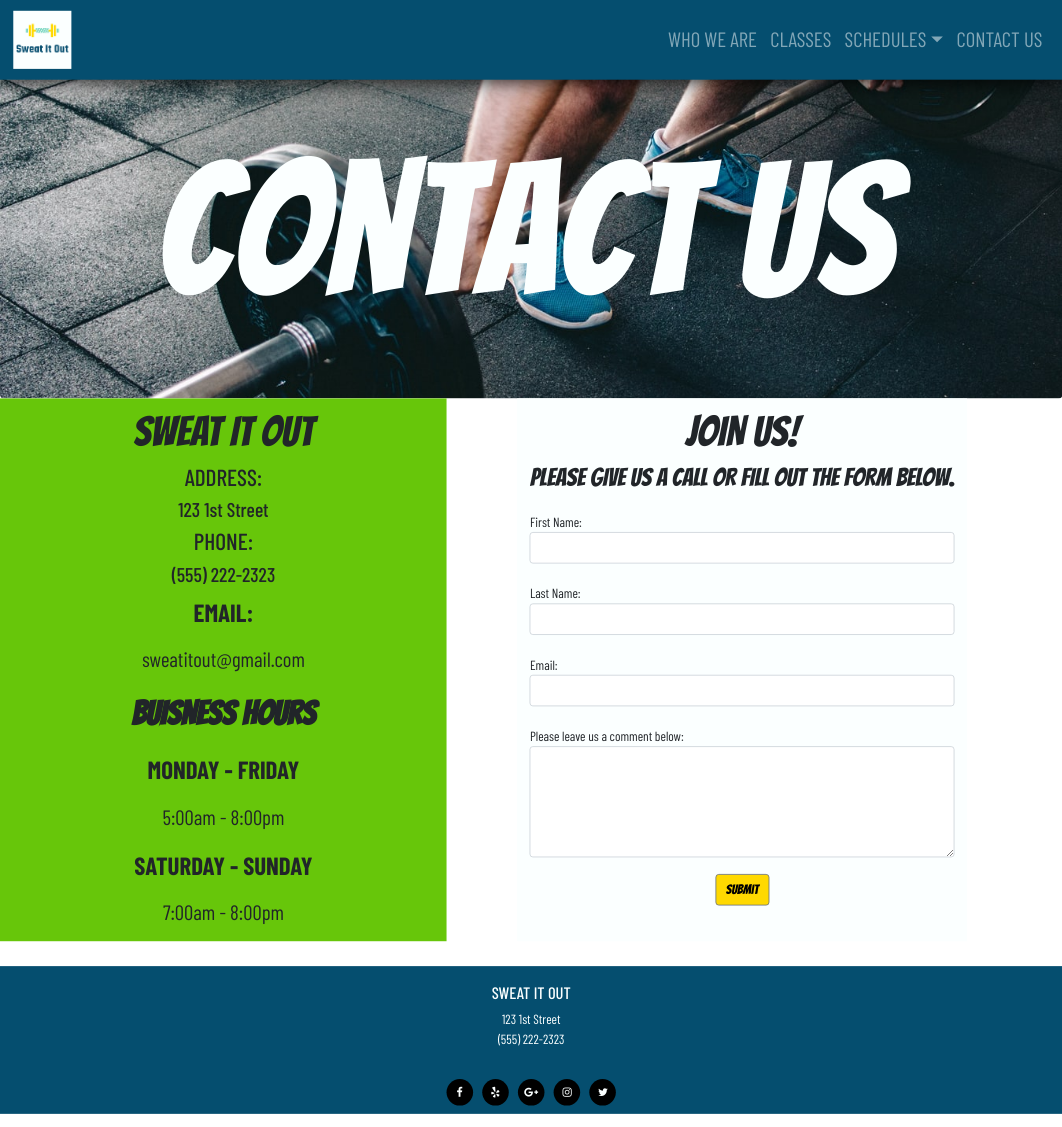
Repository: amybru/sweatitout
Page: contact.html
The author's editor kept a record of every edit. The page is drawn from the files as they stood at one moment, then again after the next edit.
The browser window is 1280 px wide. The pictures show the whole page, at 83% of full size.
Some web fonts or font styles are not loaded; a fallback is used. Some web libraries are served in a nearby version.

Above is the page before.

### contact.html
<!DOCTYPE html>
<html lang="en">
   <head>
      <meta charset="utf-8">
      <meta name="viewport" content="width=device-width, initial-scale=1.0">
      <link rel="stylesheet" href="https://maxcdn.bootstrapcdn.com/bootstrap/4.2.1/css/bootstrap.min.css" type="text/css" />
      <link rel="stylesheet" href="https://maxcdn.bootstrapcdn.com/font-awesome/4.7.0/css/font-awesome.min.css" type="text/css" />
      <link href="https://fonts.googleapis.com/css?family=Bangers|Barlow+Condensed:200,300,400,500,700&display=swap" rel="stylesheet">
      <link rel="stylesheet" type="text/css" href="css/style.css">
      <title>Gym</title>
   </head>
   <body>

      <!--Navbar-->
      <header>
         <nav class="navbar navbar-expand-lg navbar-dark bg-default fixed-top">
            <a class="navbar-brand" href="index.html">
            <img src="./img/logo.png" width="70" height="70" alt="logo">
            </a>
            <button class="navbar-toggler" type="button" data-toggle="collapse" data-target="#navbarNavDropdown" aria-controls="navbarNavDropdown" aria-expanded="false" aria-label="Toggle navigation">
            <span class="navbar-toggler-icon"></span>
            </button>
            <div class="collapse navbar-collapse" id="navbarNavDropdown">
               <ul class="navbar-nav ml-auto">
                  <li class="nav-item">
                     <a class="nav-link uppercase" href="about.html">Who We Are</a>
                  </li>
                  <li class="nav-item">
                     <a class="nav-link uppercase" href="classes.html">Classes</a>
                  </li>
                  <li class="nav-item dropdown d-none d-lg-block">
                     <a class="nav-link dropdown-toggle uppercase" href="#" id="navbarDropdownMenuLink" role="button" data-toggle="dropdown" aria-haspopup="true" aria-expanded="false">Schedules</a>
                     <div class="dropdown-menu" aria-labelledby="navbarDropdownMenuLink">
                        <a class="dropdown-item uppercase" href="./img/2018schedule.pdf" target="_blank">2018 Schedule</a>
                        <a class="dropdown-item uppercase" href="./img/2019schedule.pdf" target="_blank">2019 Schedule</a>
                        <a class="dropdown-item uppercase" href="./img/2019schedule.pdf" target="_blank">2020 Schedule</a>
                     </div>
                  </li>
                  <li class="nav-item">
                     <a class="nav-link uppercase" href="contact.html">Contact Us</a>
                  </li>
               </ul>
            </div>
         </nav>
      </header>

      <!--Jumbotron contact us page-->
      <section class="jumbotron" id="contact-view">
         <div class="row">
            <div class="col">
               <section class="callout">
                  <h2 class="gym-name">Contact Us</h2>
               </section>
            </div>
         </div>
      </section>

      <!--Buisness Details-->
      <section class="container-fluid">
         <div class="row">
            <div class="column left col">
               <div class="contact-info-item">
                  <div class="key">
                     <h2 class="uppercase contact-gym-name">
                        SWEAT IT OUT
                     </h2>
                  </div>
               </div>
               <div class="contact-info-item">
                  <div class="key">
                     <h3 class="uppercase">
                        Address:
                     </h3>
                  </div>
                  <div class="value">
                     <h4>
                        123 1st Street
                     </h4>
                  </div>
               </div>
               <div class="contact-info-item">
                  <div class="key">
                     <h3 class="uppercase">
                        Phone:
                     </h3>
                  </div>
                  <div class="value">
                     <h4>
                        (555) 222-2323
                     </h4>
                  </div>
               </div>
               <div class="contact-info-item">
                  <div class="key">
                     <p class="uppercase">
                        Email:
                     </p>
                  </div>
                  <div class="value">
                     <p>
                        sweatitout@gmail.com
                     </p>
                  </div>
               </div>
               <div class="buisness-info-item">
                  <div class="key">
                     <p class="uppercase contact-gym-hours">
                        Buisness Hours
                     </p>
                  </div>
                  <div class="buisness-info-item">
                     <div class="key">
                        <p class="uppercase">
                           Monday - Friday
                        </p>
                     </div>
                     <div class="value">
                        <p>
                           5:00am - 8:00pm
                        </p>
                     </div>
                  </div>
                  <div class="buisness-info-item">
                     <div class="key">
                        <p class="uppercase">
                           Saturday - Sunday
                        </p>
                     </div>
                     <div class="value">
                        <p>
                           7:00am - 8:00pm
                        </p>
                     </div>
                  </div>
               </div>
            </div>

            <!--Contact Form-->
            <div class="row contact-form">
               <div class="column right col">
                  <h3 class="contact-heading uppercase text-center">Join Us!</h3>
                  <h5 class="uppercase text-center">Please give us a call or fill out the form below.</h5>
                  <div class="center-form">
                     <form>
                        First Name:<br>
                        <input type="text" name="name" id="firstname" class="form-control" required />
                        <br> Last Name:<br>
                        <input type="text" name="name" id="lastname" class="form-control" required />
                        <br> Email:
                        <br>
                        <input type="email" name="email" id="emailaddress" class="form-control" required />
                        <br> Please leave us a comment below:<br>
                        <textarea rows="5" name="comment" id="comment" class="form-control" required></textarea>
                        <div class="form-row text-center">
                           <div class="col">
                              <button type="submit" class="btn btn-secondary btn-contact">Submit</button>
                           </div>
                        </div>
                     </form>
                  </div>
               </div>
            </div>
         </div>
      </section>

       <!--Footer-->
    <footer class="footer container-fluid" id="footer">
        <div>
            <div id="footer-details">
                <h5 class="footer-name uppercase">SWEAT IT OUT</h5>
                <p class="block">123 1st Street<br> (555) 222-2323</p>
            </div>
            <div class="footer-social">
                <ul class="list-inline social-links">
                    <li class="list-inline-item">
                        <a target="_blank" href="https://www.facebook.com/">
                     <i class="fa fa-facebook" aria-hidden="true"></i>
                     <span class="sr-only">Facebook</span>
                     </a>
                    </li>
                    <li class="list-inline-item">
                        <a target="_blank" href="https://www.yelp.com/">
                     <i class="fa fa-yelp" aria-hidden="true"></i>
                     <span class="sr-only">Yelp</span>
                     </a>
                    </li>
                    <li class="list-inline-item">
                        <a target="_blank" href="https://www.google.com/">
                     <i class="fa fa-google-plus" aria-hidden="true"></i>
                     <span class="sr-only">Google+</span>
                     </a>
                    </li>
                    <li class="list-inline-item">
                        <a target="_blank" href="https://www.instagram.com/">
                     <i class="fa fa-instagram" aria-hidden="true"></i>
                     <span class="sr-only">Instagram</span>
                     </a>
                    </li>
                    <li class="list-inline-item">
                        <a target="_blank" href="https://twitter.com/?lang=en">
                     <i class="fa fa-twitter" aria-hidden="true"></i>
                     <span class="sr-only">Twitter</span>
                     </a>
                    </li>
                </ul>
            </div>
        </div>
    </footer>
   </body>
   <script src="https://code.jquery.com/jquery-3.3.1.slim.min.js" integrity="sha384-q8i/X+965DzO0rT7abK41JStQIAqVgRVzpbzo5smXKp4YfRvH+8abtTE1Pi6jizo" crossorigin="anonymous"></script>
   <script src="https://cdnjs.cloudflare.com/ajax/libs/popper.js/1.14.7/umd/popper.min.js" integrity="sha384-UO2eT0CpHqdSJQ6hJty5KVphtPhzWj9WO1clHTMGa3JDZwrnQq4sF86dIHNDz0W1" crossorigin="anonymous"></script>
   <script src="https://stackpath.bootstrapcdn.com/bootstrap/4.3.1/js/bootstrap.min.js" integrity="sha384-JjSmVgyd0p3pXB1rRibZUAYoIIy6OrQ6VrjIEaFf/nJGzIxFDsf4x0xIM+B07jRM" crossorigin="anonymous"></script>
</html>

### css/style.css
/* ----------------------------------------General */

body {
    font-family: 'Barlow Condensed', sans-serif;
    font-size: 400;
    margin-top: 80px;
}

h1 {
    font-family: 'Bangers', sans-serif;
}

.card-button {
    display: block;
    max-width: 300px;
    margin: auto;
    font-family: 'Bangers', sans-serif;
    font-weight: bold;
    border-radius: 23px;
    width: 160px;
    margin-top: 20px;
    background-color: #054e6f;
    color: #fbffff;
}

.card-button:hover {
    background-color: #ffd900;
    color: #fbffff;
}

.reviewb {
    background-color: #054e6f;
    color: #fbffff;
    border-radius: 23px;
    font-family: 'Bangers', sans-serif;
}

.reviewb:hover {
    background-color: #67c60a;
    color: #fbffff;
}

.modalbtn {
    color: #054e6f;
    background-color: #ffd900;
    border-color: #f05f40;
    border-radius: 23px;
    font-family: 'Bangers', sans-serif;
}

.landingbutton {
    color: #054e6f;
    background-color: #ffd900;
    border-radius: 23px;
    border-color: #054e6f;
    font-family: 'Bangers', sans-serif;
}

.landingbutton:hover {
    color: #ffd900;
    background-color: #054e6f;
}

.free-button {
    display: block;
    max-width: 500px;
    margin: auto;
    font-family: 'Bangers', sans-serif;
    font-weight: bold;
    border-radius: 23px;
    width: 300px;
    margin-top: 40px;
    background-color: #054e6f;
    color: #fbffff;
}

.free-button:hover {
    background-color: #67c60a;
    color: #fbffff;
}

.btn-contact[type="submit"] {
    margin-top: 20px;
    margin-bottom: 30px;
    color: #000;
    background-color: #ffd900;
    font-family: 'Bangers', sans-serif;
}

.btn-contact:hover {
    color: #ffd900;
    background-color: #000;
}

.uppercase {
    text-transform: uppercase;
}

/* ----------------------------------------Navbar*/

nav {
    background-color: #054e6f;
    position: fixed;
    top: 0;
    left: 0;
    right: 0;
    display: flex;
    box-shadow: 0 0 25px 0 #000;
    z-index: 1;
}


.navbar-brand {
    width: 80px;
    height: 80px;
    transition: transform .2s;
}

.navbar-brand:hover {
    transform: scale(1.25);
}

.navbar-nav li a {
    text-decoration: none;
    color: #fbffff;
    font-size: 25px;
    border-radius: 23px;
    text-align: right;
    transition-property: background-color;
    transition-duration: .5s;
    transition-timing-function: ease-in-out;
}

.navbar-nav li a:hover {
    color: #054e6f;
    background-color: #fbffff;
    border-radius: 23px;
}

.dropdown-menu {
    background-color: #ffd900;
    color: #054e6f;
    position: relative;
}

.dropdown-item {
    background-color: #ffd900;
    color: #054e6f;
    border-radius: 23px;
}

.dropdown-item:hover {
    color: #054e6f;
    background-color: #fbffff;
    transition-property: background-color;
    transition-duration: .5s;
    transition-timing-function: ease-in-out;
}

/* ---------------------------------------Jumbotrons */

.jumbotron {
    height: 22em;
    display: flex;
    justify-content: center;
    text-align: center;
    position: relative;
    margin-bottom: 0;
}

.jumbotron h2 {
     font-family: 'Bangers', sans-serif;
}

#landing-view {
    background-image: url("../img/fit.jpg");
    max-height: 450px;
    background-position: center;
    background-repeat: no-repeat;
    background-size: cover;
    text-align: center;
    font-size: 2vw;
    color: #fbffff;
}

#about-view {
    background-image: url("../img/sweatitoutgym.jpg");
    max-height: 450px;
    background-position: center;
    background-repeat: no-repeat;
    background-size: cover;
    text-align: center;

    font-size: 2.5vw;
    color: #fbffff;
}

#classes-view {
    background-image: url("../img/workout.jpg");
    max-height: 450px;
    background-position: center;
    background-repeat: no-repeat;
    background-size: cover;
    text-align: center;

    font-size: 2.5vw;
    color: #fbffff;
}

#contact-view {
    background-image: url("../img/gymfour.jpg");
    max-height: 400px;
    background-position: center;
    background-repeat: no-repeat;
    background-size: cover;
    text-align: center;

    font-size: 2.5vw;
    color: #fbffff;
}

/* ----------------------------------------Footer */


footer {
    background-color: #054e6f;
    color: #fbffff;
    text-align: center;
     min-height: 130px;
     margin-bottom: 0;
}

.social-links {
    padding-bottom: 10px;
}

.social-links li a i {
    width: 32px;
    height: 32px;
    padding: 12px 0;
    border-radius: 50%;
    font-size: 13px;
    line-height: 7px;
    text-align: center;
    color: #fbffff;
    background: #000;
    transition: all 0.35s ease-in-out;
    -moz-transition: all 0.35s ease-in-out;
    -webkit-transition: all 0.35s ease-in-out;
    -o-transition: all 0.35s ease-in-out;
}

.social-links li a i:hover {
    background-color: #ffd900;
}

#footer-details {
    padding: 20px;
}

.navbar-toggler {
    color: #fbffff;
}

/* ----------------------------------------Home page styles */

.bg-color-about-landing {
    background-color: #fbffff;
    padding-top: 10px;
    margin-top: 10px;
    margin-bottom: 35px;
}

.bg-color-services-landing {
    background-color: #7bd7c2;
    padding: 40px;
}

.about-landing-page h3 {
    font-size: 60px;
    font-family: 'Bangers', sans-serif;
}

.about-landing-page p {
    font-size: 30px;
}

.gym-name {
    font-size: 7em;
}

.card-main {
    margin: 20px 10px;
    transition: transform .2s;
}

.card-main:hover {
    transform: scale(1.25);
}

.card-title {
    font-family: 'Bangers', sans-serif;
}

.review {
     background-color: #ffd900;
     margin: 0;
     padding-top: 15px;
     padding-bottom: 20px;
}

#reviews {
    font-family: 'Bangers', sans-serif;
    font-size: 40px;
}

/* ----------------------------------------About Page styles */

.about-about h4 {
    color: #fbffff;
     font-size: 35px;
}

.about-about p {
    font-size: 35px;
}

.services-page{
    justify-content: center;
}

.about-gallery {
    background-color: #7bd6c2;
    padding: 20px;
    margin: 0;
}

.about-gallery .flex {
    display: flex;
    padding: 30px;
}

.about-gallery h2 {
    margin-bottom: 40px;
    font-family: 'Bangers', sans-serif;
    font-size: 55px;
    padding-top: 20px;
    padding-left: 30px;
}

.about-gallery h3 {
    font-weight: 400;
    width: 100%;
    font-size: 32px;
    font-family: 'Bangers', sans-serif;
    line-height: 1;
}

.about-gallery p {
    font-weight: 400;
    margin-top: 5px;
    font-size: 18px;
    max-width: 600px;
    text-align: justify;
}

.about-gallery .photo {
    width: 208px;
    height: 211px;
    border-radius: 50%;
    position: relative;
    margin-right: 5px;
}

.about-gallery .border {
    border: 5px solid #fbffff;
}

.instructor-details {
    padding-left: 30px;
    padding-right: 100px;
}


.about-skills {
    background-color: #054e6f;
    padding-top: 20px;
    padding-bottom: 20px;
    margin: 0;
}

.about-skills h3 {
    font-family: 'Bangers', sans-serif;
    font-size: 60px;
    text-align: center;
    color: #fff;
}

.about-skills h4 {
    font-family: 'Bangers', sans-serif;
    font-size: 30px;
    color: #ffd900;
}

.about-skills p {
    margin-bottom: 0;
    padding: 0;
    text-align: right;
    color: #fbffff;
}

.about-signup {
    background-color: #ffd900;
    text-align: center;
    padding-top: 50px;
    padding-bottom: 20px;
}

.about-signup h3 {
    font-family: 'Bangers', sans-serif;
    font-size: 55px;
}

.about-signup p {
    font-size: 30px;
}

/* ----------------------------------------Classes page styles*/

.classesavailable {
    background-color: #7bd7c2;
    padding: 0;
    align-items: center;
}

.blurb {
    padding: 20px;
}

.content {
    align-items: center;
    margin: 0;
    padding: 0;
}

.blurb h4 {
    font-size: 2rem;
}

#optionone {
    padding-left: 0;
    background-position: center;
    background-repeat: no-repeat;
    background-size: cover;
    text-align: center;
}

#optiontwo {
    padding-right: 0;
    background-position: center;
    background-repeat: no-repeat;
    background-size: cover;
    text-align: center;
}

#optionthree {
    padding-left: 0;
    background-position: center;
    background-repeat: no-repeat;
    background-size: cover;
    text-align: center;
}

#optionfour {
    padding-right: 0;
    background-position: center;
    background-repeat: no-repeat;
    background-size: cover;
    text-align: center;
}


.row {
    margin-right: 0;
    padding: 0;
}



table {
    border-collapse: collapse;
    border: 2px solid rgb(200, 200, 200);
    letter-spacing: 1px;
    font-size: 0.8rem;
    margin-bottom: 10px;
    margin-top: 30px;
}

.weekday {
    font-family: 'Bangers', sans-serif;
    font-size: 20px;

}

td,
th {
    border: 1px solid rgb(190, 190, 190);
    padding: 10px 20px;
}

th {
    background-color: rgb(235, 235, 235);
}

td {
    text-align: center;
}

@media only screen and (max-width: 1026px) {
  .scheduling  {
    display: none;
  }
}

.schedule-pdf i {
    font-size: 25px;
    color: #ffd900;
    background-color: #054e6f;
    width: 45px;
    height: 45px;
    padding: 20px 0px;
    border-radius: 50%;
    line-height: 6px;
    text-align: center;
    transition: all 0.35s ease-in-out;
    -moz-transition: all 0.35s ease-in-out;
    -webkit-transition: all 0.35s ease-in-out;
    -o-transition: all 0.35s ease-in-out;
}

.schedule-pdf i:hover {
    color: #054e6f;
    background-color: #ffd900;
}

.classesbtn {
    background-color: #054e6f;
    color: #ffd900;
    border-radius: 23px;
    font-family: 'Bangers', sans-serif;
}

.classesbtn:hover {
    background-color: #ffd900;
    color: #054e6f;
}

.general-sub {
    font-family: 'Bangers', sans-serif;
    font-size: 3em;
}

#schedule {
    padding: 15px;
}

#schedule h5 {
    font-family: 'Bangers', sans-serif;
    font-size: 2.5em;
}


/* ----------------------------------------Contact page styles*/
.container-fluid {
    width: 100%;
    /* padding-right: 15px; */
    padding-left: 15px;
    margin-right: auto;
    margin-left: auto;
}

.column {
    float: left;
    margin-top: 0px;
    padding-top: 10px;
    margin-bottom: 30px;
    background-color: #67c60a;
}

.left {
    width: 40%;
    background-color: #67c60a;
    text-align: center;
}

.right {
    width: 60%;
    background-color: #fbffff;
    justify-content: center;
}

.contact-gym-name {
    font-family: 'Bangers', sans-serif;
    font-size: 50px;
}

.contact-info-item .key {
    font-size: 30px;
    font-weight: 600;
}

.contact-info-item .value {
    font-size: 25px;
}


.contact-gym-hours {
    font-family: 'Bangers', sans-serif;
    font-size: 40px;
}

.buisnessinfo {
    background-color: white;
    padding: 15px 0px;
    margin-top: 20px;
    margin-bottom: 10px;
}

.buisness-info-item .key {
    font-size: 30px;
    font-weight: 600;
}

.buisness-info-item .value {
    font-size: 25px
}

.contact-form {
    padding-left: 100px;
    padding-right: 100px;
}

form {
    padding-top: 15px;
}

.contact-form h3 {
    font-family: 'Bangers', sans-serif;
    font-size: 50px;
}

.contact-form h5 {
    font-family: 'Bangers', sans-serif;
    font-size: 30px;
}

.contact-heading {
    font-family: 'Bangers', sans-serif;
    font-size: 50px;
}

After the next edit:
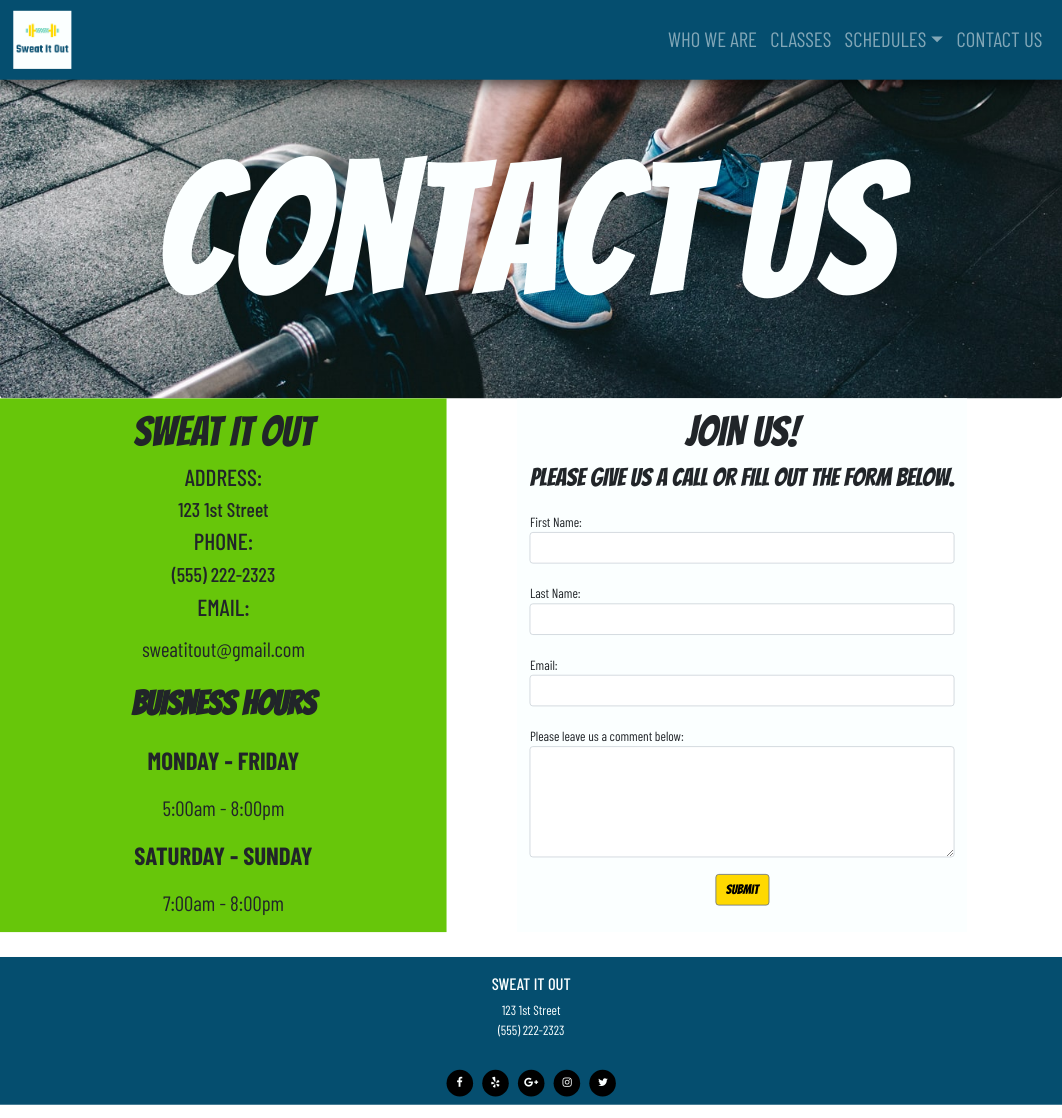
The edit:
--- a/contact.html
+++ b/contact.html
@@ -92,7 +92,7 @@
                </div>
                <div class="contact-info-item">
                   <div class="key">
-                     <p class="uppercase">
+                     <h3 class="uppercase">
                         Email:
                      </p>
                   </div>
